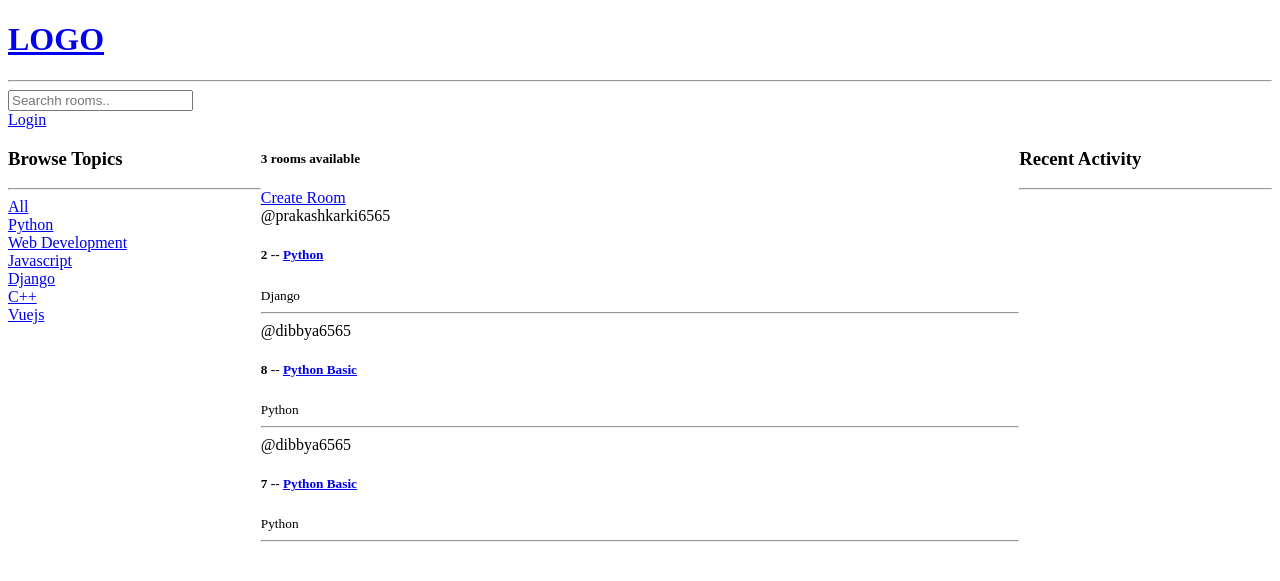
Repository: Dibbya65/Django-Basic
Page: http://localhost/?q=Python
An editor plug-in stored every save of this project. The page is shown before and after the next save, followed by the edit.
The browser window is 1280 px wide. The pictures show the whole page.
The page is served by the project's application, run on Django 3.2 (manage.py). The page reads the database file committed with the project.

Above is the page before, as saved 2021-11-18 22:15:44.

After the next save:
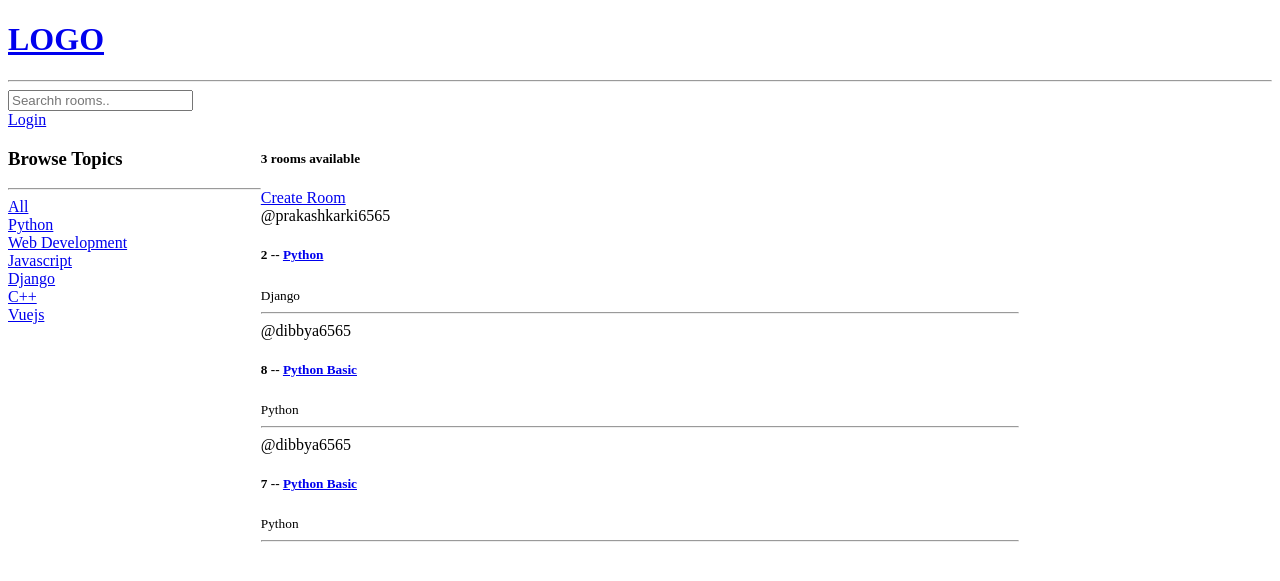
Saved 8 min 10 s later.
--- a/base/templates/base/home.html
+++ b/base/templates/base/home.html
@@ -42,19 +42,7 @@
     {% endfor %}
   </div>
   <div>
-    <h3>Recent Activity</h3>
-    <hr>
-    {% for message in room_messages %}
-      <div>
-        <small>@{{message.user}} {{message.created_at|timesince}}</small>
-        <small>replied to "{{message.room}}"</small>
-        <p>{{message}}</p>
-        {% if request.user == message.user %}
-        <a href="{% url 'delete-message' message.id %}">Delete</a>
-        {% endif %}
-        <hr>
-      </div>
-    {% endfor %}
+
   </div>
 </div>
 {% endblock content %}
